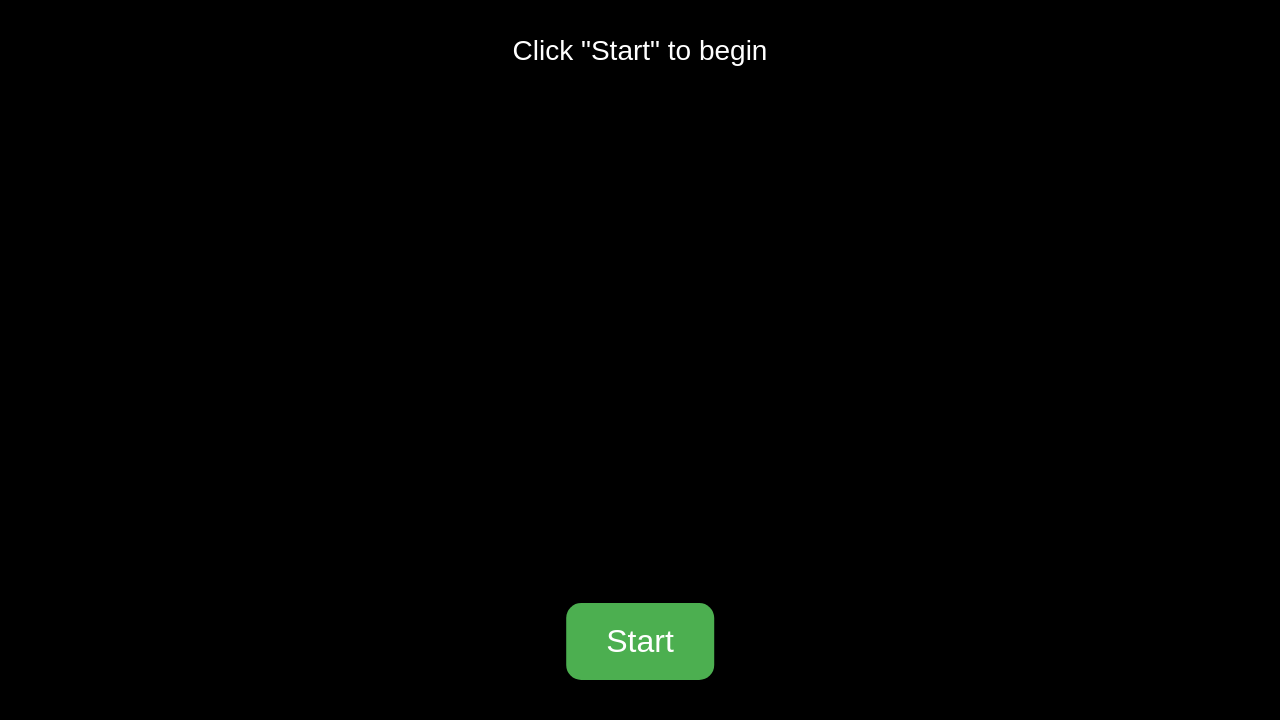
Repository: Jayhawk2000/AR_Game_DCD_Children
Page: challenge/throwing/index.html
The author's editor kept a copy of each file at every save. The page is drawn from the files as they stood at one save, then again after the next save.
The browser window is 1280 px wide. The pictures show the whole page.

Above is the page before, as saved 2024-09-08 11:13:02.

### challenge/throwing/index.html
<!DOCTYPE html>
<html lang="en">
  <head>
    <meta charset="UTF-8" />
    <meta name="viewport" content="width=device-width, initial-scale=1.0" />
    <title>Balance Pose Detector</title>
    <link rel="stylesheet" href="styles.css" />
  </head>
  <body>
    <div id="info">Click "Start" to begin</div>
    <button id="startButton">Start</button>
    <video id="video" style="display: none"></video>
    <canvas id="output"></canvas>

    <script
      src="https://cdn.jsdelivr.net/npm/@mediapipe/camera_utils/camera_utils.js"
      crossorigin="anonymous"
    ></script>
    <script
      src="https://cdn.jsdelivr.net/npm/@mediapipe/control_utils/control_utils.js"
      crossorigin="anonymous"
    ></script>
    <script
      src="https://cdn.jsdelivr.net/npm/@mediapipe/drawing_utils/drawing_utils.js"
      crossorigin="anonymous"
    ></script>
    <script
      src="https://cdn.jsdelivr.net/npm/@mediapipe/pose/pose.js"
      crossorigin="anonymous"
    ></script>
    <script src="app.js"></script>
  </body>
</html>

### challenge/throwing/styles.css
body {
  margin: 0;
  padding: 0;
  overflow: hidden;
  font-family: Arial, sans-serif;
  background-color: #000;
}

#info {
  position: absolute;
  top: 20px;
  left: 50%;
  transform: translateX(-50%);
  background-color: rgba(0, 0, 0, 0.7);
  color: white;
  padding: 15px 25px;
  border-radius: 10px;
  font-size: 28px;
  text-align: center;
  z-index: 30;
  max-width: 80%;
}

#footInfo,
#armInfo {
  position: absolute;
  left: 50%;
  transform: translateX(-50%);
  background-color: rgba(0, 0, 0, 0.7);
  color: white;
  padding: 10px 20px;
  border-radius: 10px;
  font-size: 24px;
  text-align: center;
  z-index: 30;
  max-width: 70%;
}

#footInfo {
  top: 120px;
}

#armInfo {
  top: 180px;
}

#startButton {
  position: absolute;
  bottom: 40px;
  left: 50%;
  transform: translateX(-50%);
  padding: 20px 40px;
  font-size: 32px;
  cursor: pointer;
  background-color: #4caf50;
  color: white;
  border: none;
  border-radius: 15px;
  z-index: 30;
}

#video {
  position: absolute;
  top: 0;
  left: 0;
  width: 100%;
  height: 100%;
  object-fit: cover;
  z-index: 10;
}

#output {
  position: absolute;
  top: 0;
  left: 0;
  width: 100%;
  height: 100%;
  z-index: 20;
}

### challenge/throwing/app.js
const startButton = document.getElementById("startButton");
const info = document.getElementById("info");
const video = document.getElementById("video");
const canvasElement = document.getElementById("output");
const canvasCtx = canvasElement.getContext("2d");

let pose, camera;
let balancePoseDetected = false;
let balancePoseStartTime = 0;
const BALANCE_POSE_DURATION = 3000; // 3 seconds
let countdownTimer = 5;
let isDetectionStarted = false;

let armScore = 0;
let bodyScore = 0;

startButton.addEventListener("click", startProcess);

function startProcess() {
  startButton.style.display = "none";
  info.textContent = "Initializing camera...";

  initCamera().then(() => {
    startCountdown();
  });
}

function initCamera() {
  return new Promise((resolve, reject) => {
    camera = new Camera(video, {
      onFrame: async () => {
        await pose.send({ image: video });
      },
      width: 1280,
      height: 720,
    });

    pose = new Pose({
      locateFile: (file) => {
        return `https://cdn.jsdelivr.net/npm/@mediapipe/pose/${file}`;
      },
    });

    pose.setOptions({
      modelComplexity: 1,
      smoothLandmarks: true,
      minDetectionConfidence: 0.5,
      minTrackingConfidence: 0.5,
    });

    pose.onResults(onResults);

    camera
      .start()
      .then(() => {
        console.log("Camera started successfully");
        video.style.display = "block";
        canvasElement.style.display = "block";
        resolve();
      })
      .catch((error) => {
        console.error("Error starting camera:", error);
        info.textContent = "Error starting camera: " + error.message;
        reject(error);
      });
  });
}

function startCountdown() {
  if (countdownTimer > 0) {
    info.textContent = `Get ready! ${countdownTimer}`;
    if (countdownTimer === 5) {
      info.textContent += "\nPlease stand where your full body is visible";
    }
    countdownTimer--;
    setTimeout(startCountdown, 1000);
  } else {
    isDetectionStarted = true;
    info.textContent = "Strike a balance pose";
  }
}

function onResults(results) {
  canvasCtx.save();
  canvasCtx.clearRect(0, 0, canvasElement.width, canvasElement.height);
  canvasCtx.drawImage(
    results.image,
    0,
    0,
    canvasElement.width,
    canvasElement.height
  );

  if (results.poseLandmarks && isDetectionStarted) {
    drawConnectors(canvasCtx, results.poseLandmarks, POSE_CONNECTIONS, {
      color: "rgba(0, 255, 255, 0.0)", // 将颜色的 alpha 设为 0，使其透明
      lineWidth: 4,
    });
    drawLandmarks(canvasCtx, results.poseLandmarks, {
      color: "rgba(255, 0, 255, 0.0)", // 将颜色的 alpha 设为 0，使其透明
      lineWidth: 2,
      radius: 6,
    });

    checkBalancePose(results.poseLandmarks);
  }

  canvasCtx.restore();
}

function checkBalancePose(landmarks) {
  const leftShoulder = landmarks[11];
  const rightShoulder = landmarks[12];
  const leftElbow = landmarks[13];
  const rightElbow = landmarks[14];
  const leftWrist = landmarks[15];
  const rightWrist = landmarks[16];
  const leftAnkle = landmarks[27];
  const rightAnkle = landmarks[28];

  const leftEye = landmarks[1];
  const rightEye = landmarks[4];

  // Check for head looking forward
  const headForward = Math.abs(leftEye.x - rightEye.x) < 0.05;

  // Check for one foot raised
  const oneFootRaised = Math.abs(leftAnkle.y - rightAnkle.y) > 0.05;

  // Check arm positions (T-shape)
  const leftArmStatus = checkArmRaised(leftShoulder, leftElbow, leftWrist);
  const rightArmStatus = checkArmRaised(rightShoulder, rightElbow, rightWrist);

  const armsTPosition =
    leftArmStatus === "excellent" && rightArmStatus === "excellent";

  // Arm stability calculation based on wrist movement
  const leftArmStable = Math.abs(leftWrist.x - leftShoulder.x) < 0.05;
  const rightArmStable = Math.abs(rightWrist.x - rightShoulder.x) < 0.05;

  // Calculate body stability based on shoulder and hip movement
  const bodyStable = Math.abs(landmarks[23].y - landmarks[24].y) < 0.05;

  const currentTime = Date.now();

  // Ensure conditions for starting balance timer
  if (oneFootRaised && armsTPosition && headForward) {
    if (!balancePoseDetected) {
      balancePoseDetected = true;
      balancePoseStartTime = currentTime;
      footInfo.textContent = "Great! Keep your foot raised.";
      armInfo.textContent = "Hold your arm position and stay still!";
    } else if (currentTime - balancePoseStartTime >= BALANCE_POSE_DURATION) {
      armScore = leftArmStable && rightArmStable ? 10 : 8;
      bodyScore = bodyStable ? 10 : 8;

      const totalScore = (armScore + bodyScore) / 2;

      // Store score and navigate to results page
      sessionStorage.setItem("totalScore", totalScore.toFixed(1));
      window.location.href = "results.html";
    } else {
      const remainingTime = Math.ceil(
        (BALANCE_POSE_DURATION - (currentTime - balancePoseStartTime)) / 1000
      );
      info.textContent = `Hold steady for ${remainingTime} more seconds!`;
    }
  } else {
    balancePoseDetected = false;
    footInfo.textContent = oneFootRaised
      ? "Keep your foot raised."
      : "Raise one foot higher off the ground.";
    armInfo.textContent = armsTPosition
      ? "Hold your arms steady."
      : "Extend your arms in a 'T' shape.";
    info.textContent = headForward ? "" : "Look straight ahead.";
  }
}

function calculateAngle(a, b, c) {
  let radians =
    Math.atan2(c.y - b.y, c.x - b.x) - Math.atan2(a.y - b.y, a.x - b.x);
  let angle = Math.abs((radians * 180.0) / Math.PI);
  if (angle > 180.0) {
    angle = 360 - angle;
  }
  return angle;
}

function checkArmRaised(shoulder, elbow, wrist) {
  const angle = calculateAngle(shoulder, elbow, wrist);
  const heightDiff = shoulder.y - wrist.y;

  if (angle >= 150 && heightDiff > 0.05) {
    return "excellent";
  } else if (angle >= 120 && heightDiff > 0) {
    return "good";
  } else if (angle >= 90) {
    return "raised";
  }
  return "lowered";
}

window.addEventListener("load", () => {
  canvasElement.width = window.innerWidth;
  canvasElement.height = window.innerHeight;
});

window.addEventListener("resize", () => {
  canvasElement.width = window.innerWidth;
  canvasElement.height = window.innerHeight;
});

After the next save:
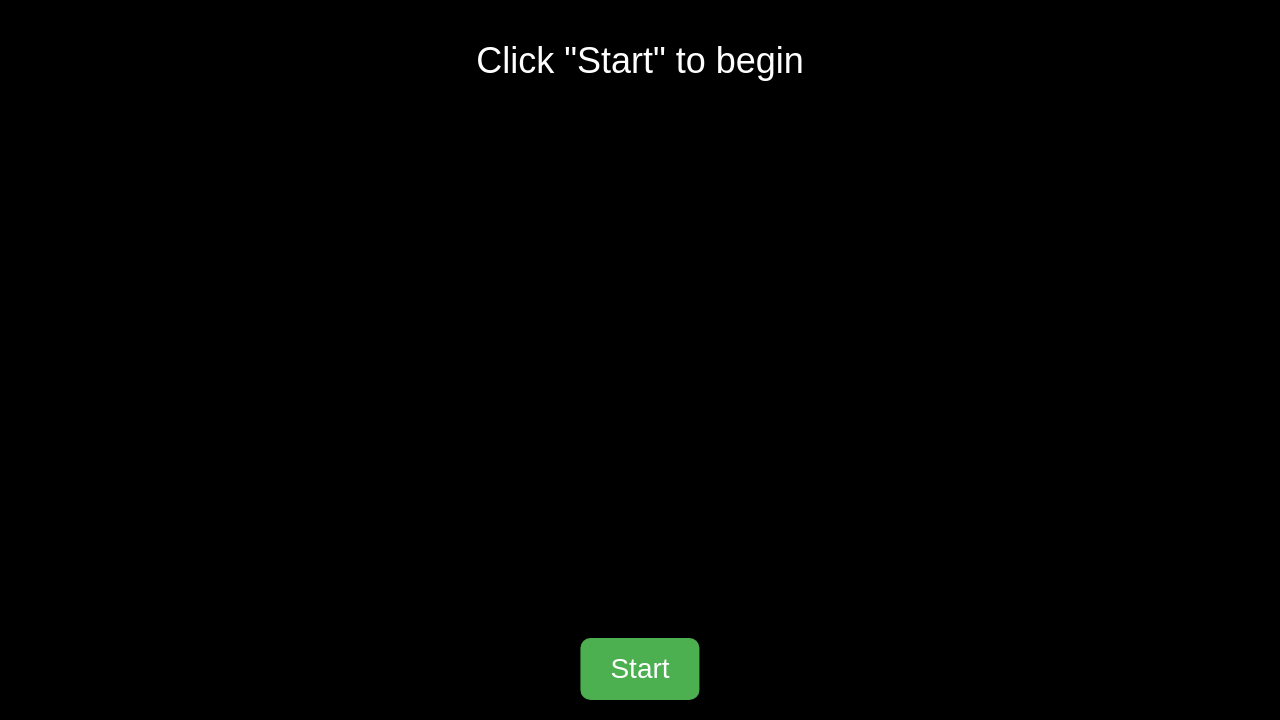
Saved 10 s later.
--- a/challenge/throwing/styles.css
+++ b/challenge/throwing/styles.css
@@ -13,35 +13,12 @@ body {
   transform: translateX(-50%);
   background-color: rgba(0, 0, 0, 0.7);
   color: white;
-  padding: 15px 25px;
-  border-radius: 10px;
-  font-size: 28px;
+  padding: 20px 30px;
+  border-radius: 15px;
+  font-size: 36px;
   text-align: center;
   z-index: 30;
   max-width: 80%;
-}
-
-#footInfo,
-#armInfo {
-  position: absolute;
-  left: 50%;
-  transform: translateX(-50%);
-  background-color: rgba(0, 0, 0, 0.7);
-  color: white;
-  padding: 10px 20px;
-  border-radius: 10px;
-  font-size: 24px;
-  text-align: center;
-  z-index: 30;
-  max-width: 70%;
-}
-
-#footInfo {
-  top: 120px;
-}
-
-#armInfo {
-  top: 180px;
 }
 
 #startButton {
@@ -77,3 +54,38 @@ body {
   height: 100%;
   z-index: 20;
 }
+
+/* New styles for result page */
+#resultInfo {
+  position: absolute;
+  top: 30%;
+  left: 50%;
+  transform: translateX(-50%);
+  background-color: rgba(0, 0, 0, 0.8);
+  color: white;
+  padding: 20px 30px;
+  border-radius: 15px;
+  font-size: 36px;
+  text-align: center;
+  max-width: 80%;
+}
+
+#retryButton,
+#startButton {
+  position: absolute;
+  bottom: 20px;
+  left: 50%;
+  transform: translateX(-50%);
+  padding: 15px 30px;
+  font-size: 28px;
+  cursor: pointer;
+  background-color: #4caf50;
+  color: white;
+  border: none;
+  border-radius: 10px;
+  margin-top: 20px;
+}
+
+#retryButton {
+  margin-top: 50px;
+}
